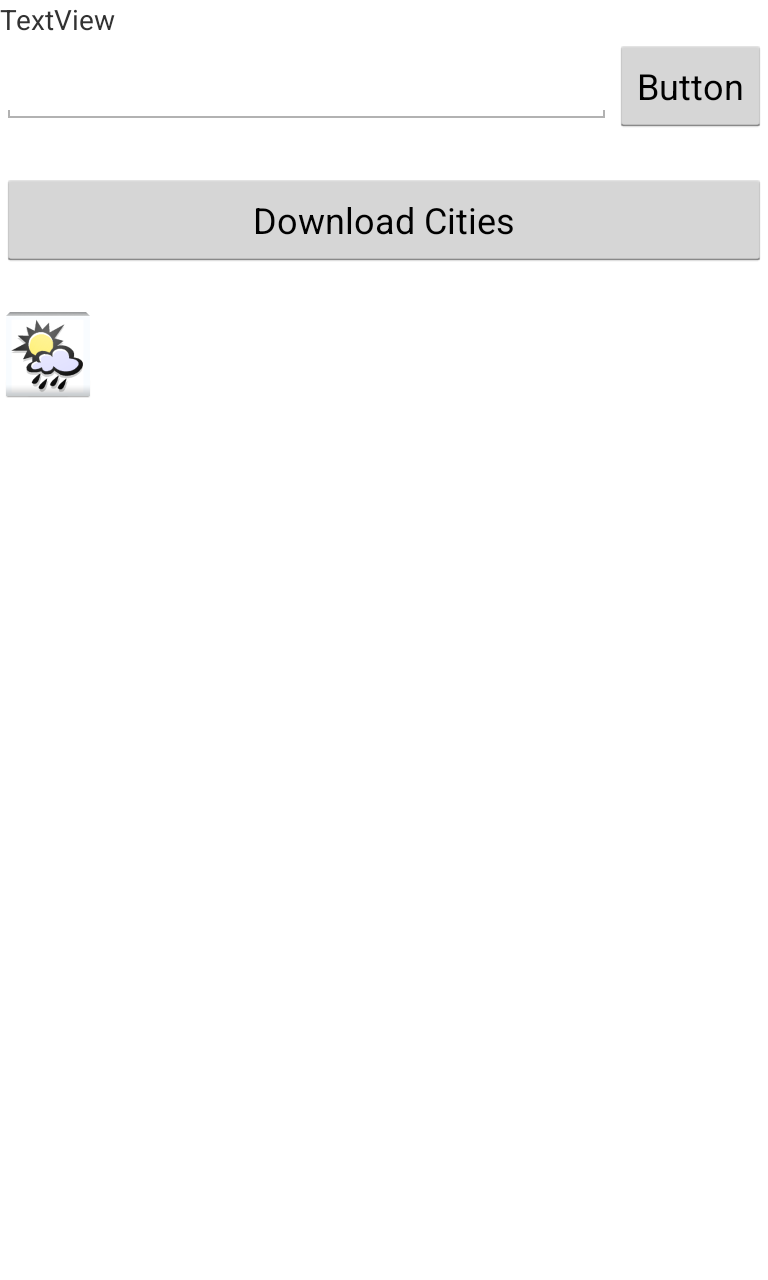
Repository: vinny1575/Java1
Layout: TempCalc20/res/layout/form.xml
An editor plug-in stored every save of this project. The layout is shown before and after the next save, followed by the edit.
It is drawn on a 768 x 1280 px phone screen (xhdpi) without system bars, with theme AppTheme; the app's code is not run.

Above is the layout before, as saved 2013-05-02 12:02:08.

After the next save:
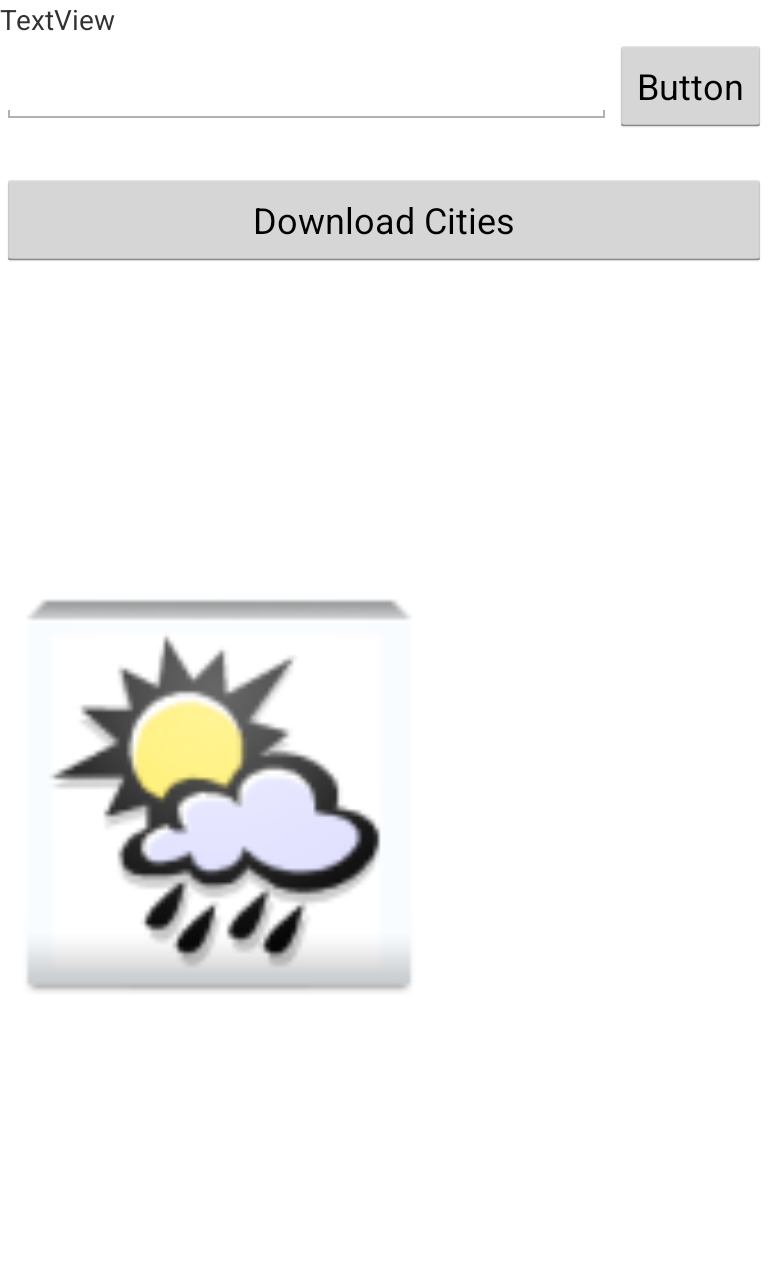
Saved 91 s later.
--- a/TempCalc20/res/layout/form.xml
+++ b/TempCalc20/res/layout/form.xml
@@ -26,7 +26,6 @@
             android:layout_width="wrap_content"
             android:layout_height="wrap_content"
             android:text="Button" />
-
     </LinearLayout>
 
     <TextView
@@ -49,8 +48,9 @@
 
     <ImageView
         android:id="@+id/imageView1"
-        android:layout_width="wrap_content"
+        android:layout_width="219dp"
         android:layout_height="wrap_content"
+        android:layout_weight="0.65"
         android:src="@drawable/weather" />
 
 </LinearLayout>
